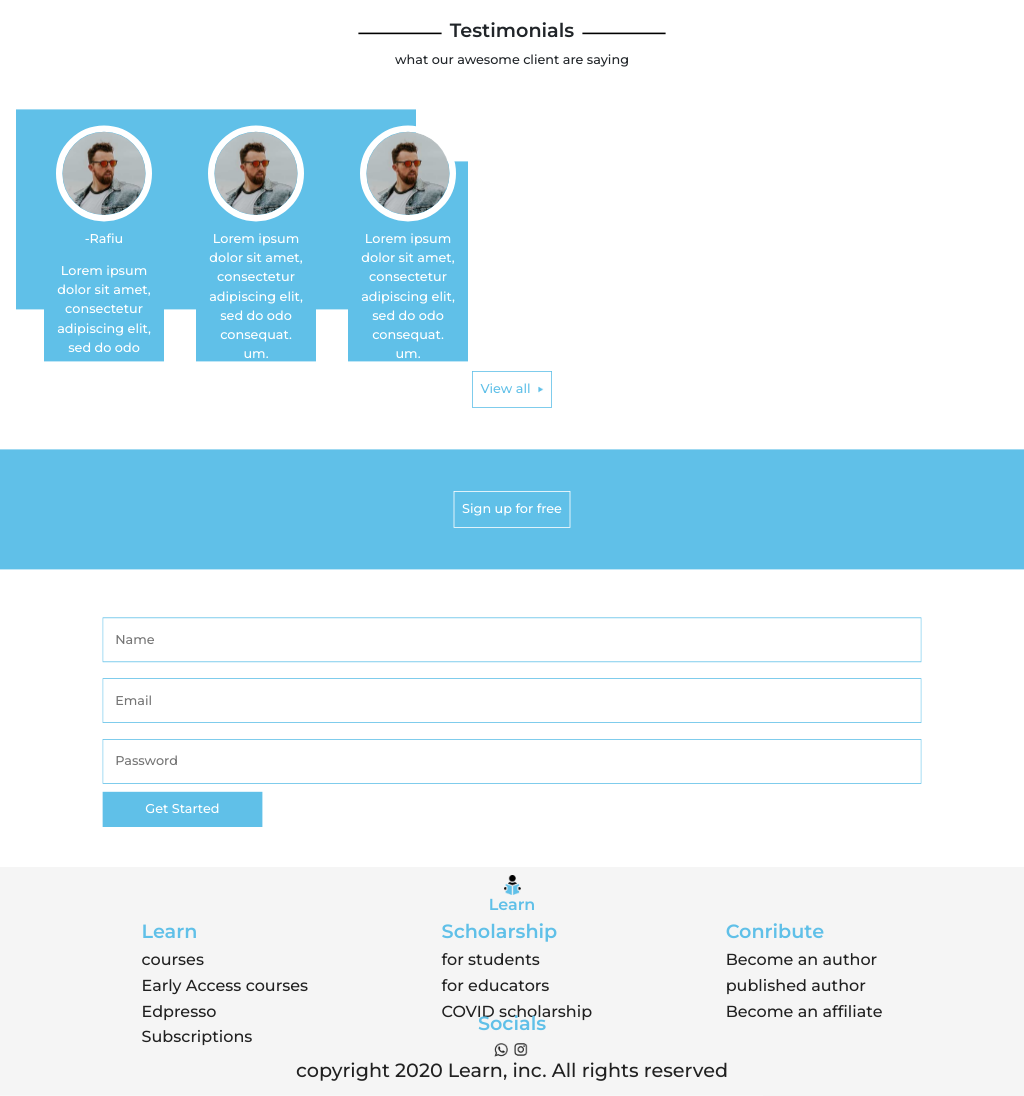
Repository: TiaraOluwanimi/team5
Page: tutor.html
These files come from the project's save history. The page is drawn as it stood at one moment and after the next save; the edit follows.
The browser window is 1280 px wide. The pictures show the part of the page from y = 1876 to 3296 px (the page is 3246 px tall before and 3296 px after), at 80% of full size.
A picture or video elsewhere on the page could not be fetched, so the positions and the page height are approximate. Some web libraries are served in a nearby version.

Above is the page before, as saved 2020-08-08 12:31:56.

### tutor.html
<!DOCTYPE html>
<html lang="zxx">
  <head>
    <meta charset="UTF-8" />
    <meta name="viewport" content="width=device-width, initial-scale=1.0" />
    <title>Online Tutoring</title>
    <!-- Custom Css -->
    <link rel="stylesheet" href="./assets/css/header-footer.css" />
    <link rel="stylesheet" href="./assets/css/tutor.css" />
    <link rel="stylesheet" href="./assets/css/testimonial.css" />
    <!-- Favicon -->

    <!---------------------- CDNs----------------- -->
    <!-- Bootstrap CSS CDN -->
    <link
      rel="stylesheet"
      href="https://maxcdn.bootstrapcdn.com/bootstrap/4.0.0/css/bootstrap.min.css"
      integrity="sha384-Gn5384xqQ1aoWXA+058RXPxPg6fy4IWvTNh0E263XmFcJlSAwiGgFAW/dAiS6JXm"
      crossorigin="anonymous"
    />
    <!-- fontawesome CDN -->
    <!-- Google Font -->
    <link href="https://fonts.googleapis.com/css2?family=Montserrat:wght@500;600&display=swap" rel="stylesheet">
    <!-- Font Awesome -->
    <script src="https://kit.fontawesome.com/0f19ba4771.js" crossorigin="anonymous"></script>

</head>

<body>
    <!-- Welcome to this online tutoring website. 😊 -->
    <!--  Header  -->
    <nav class="nav1">
      <a href="#"><img src="./assets/img/logo.png" alt="" /></a>
      <div class="nav1div1">
        <img
          class="searchicon"
          onclick="displaySearchBar()"
          src="./assets/img/search.png"
          alt=""
        />
        <button class="nav1butt1">Log in</button>
        <button class="nav1butt2">Join for free</button>
      </div>
      <div class="nav1div2 display">
        <input
          class="searchbar"
          type="text"
          placeholder="Enter Text here"

        />
      </div>
    </nav>

    <!-- Landing Page -->
    <div class="div1">
        <img class="div1img1" src="./assets/img/hero-img.png" alt="">
        <div class="div1div1">
            <i class="fas fa-play-circle fa-2x div1img2"></i>
            &nbsp;&nbsp;&nbsp;
            <h3 class="div1hh1">TAKE A TOUR</h3>
        </div>
    </div>

    <div class="div2">
        <h1 class="div2hh1">
            LEARN ALL YOU WANT, AT YOUR OWN
            <span class="div2hh2">PACE.</span>
        </h1>
        <h4 class="div2hh3">
            Lorem ipsum dolor sit amet, consectetur
            adipiscing elit, sed do eiusmod tempor
            incididunt ut labore et dolore magna
            aliqua. Ut enim ad minim veniam, quis
            nostrud exercitation ullamco laboris nisi
            ut aliquip ex ea commodo consequat.
        </h4>
        <div class="div2div1">
            <button class="div2butt1">Get Started</button>
        </div>
    </div>
    <!-- join us section -->
    <section id="join-us" class="py-5" style="position: relative;">
        <div style="position: absolute; right: 0px; top:-10px;">
          <img src="./assets/img/Ellipse13.png" alt="" class="img-fluid" >
        </div>
        <div class="container">
          <div class="row">
            <div class="col-12 mx-auto text-center">
              <h4 class="mx-auto sec-head">
                <span><strong>Join Us</strong></span>
              </h4>
              <p>
                Join us for free classes taught by experts. And explore hundreds
                of free online classes.
              </p>
            </div>
            <div class="row py-3">
                <div class="col-md-4 text-center my-3">
                  <div class="box-shadow py-3">
                    <img
                      src="./assets/img/course.png"
                      alt=""
                      class="join-img img-fluid rounded-circle w-50"
                    />
                    <h4 class="my-5"><strong>Choose a Course</strong></h4>
                  </div>
                </div>
                <div class="col-md-4 text-center my-3">
                  <div class="box-shadow py-3">
                    <img
                      src="./assets/img/skillset.png"
                      alt=""
                      class="join-img img-fluid rounded-circle w-50"
                    />
                    <h4 class="my-5"><strong>Grow your skillset</strong></h4>
                  </div>
                </div>
                <div class="col-md-4 text-center my-3">
                  <div class="box-shadow py-3">
                    <img
                      src="./assets/img/mentorship.png"
                      alt=""
                      class="join-img img-fluid rounded-circle w-50"
                    />
                    <h4 class="my-5"><strong>Meet a mentor</strong></h4>
                  </div>
                </div>
                <button
                  class="btn btn-lg btn-outline-primary py-3 px-5 rounded-0 mx-auto"
                >
                  View All
                </button>
              </div>
            </div>
        </div>
          </section>

    <!-- service section -->
    <section id="services" class="py-5" style="position: relative;">
      <div style="position: absolute; left: 0px; top: -30px;">
        <img src="./assets/img/Ellipse10.png" alt="" />
      </div>
      <div
        style="position: absolute; right: 0px; top: 30%; transform: scale(-1);"
      >
        <img src="./assets/img/Ellipse10.png" alt="" />
      </div>
      <div class="container">
        <div class="row">
          <div class="col-12 mx-auto text-center">
            <h4 class="mx-auto sec-head">
              <span><strong>Services</strong></span>
            </h4>
            <p>
              Helping over 5,000 students reach their ultimate goals with our
              special packages.
            </p>
          </div>
        </div>
        <div class="row p-3">
          <div class="col-md-4 text-center py-3">
            <h4><strong>Get help, FAST</strong></h4>
            <img
              src="./assets/img/hourglass1.png"
              alt=""
              class="img-fluid w-25 my-3"
            />
            <p class="my-3" style="font-size: 14px;">
              Lorem ipsum dolor sit amet, consectetur adipiscing elit, sed do
              eiusmod tempor incididunt ut labore et dolore magna aliqua. Ut
              enim ad minim veniam, quis nostrud exercitation ullamco laboris
              nisi ut aliquip ex ea commodo consequat. um.
            </p>
            <h6 class="border py-3 px-1 mx-3 border-primary">
              Learn More <i></i>
            </h6>
          </div>
          <div class="col-md-4 text-center py-3">
            <h4><strong>Personalised tutoring</strong></h4>
            <img
              src="./assets/img/teacher1.png"
              alt=""
              class="img-fluid w-25 my-3"
            />
            <p class="my-3" style="font-size: 14px;">
              Lorem ipsum dolor sit amet, consectetur adipiscing elit, sed do
              eiusmod tempor incididunt ut labore et dolore magna aliqua. Ut
              enim ad minim veniam, quis nostrud exercitation ullamco laboris
              nisi ut aliquip ex ea commodo consequat. um.
            </p>
            <h6 class="border py-3 px-1 mx-3 border-primary">
              Learn More <i></i>
            </h6>
          </div>
          <div class="col-md-4 text-center py-3">
            <h4><strong>80+ Courses</strong></h4>
            <img
              src="./assets/img/test1.png"
              alt=""
              class="img-fluid w-25 my-3"
            />
            <p class="my-3" style="font-size: 14px;">
              Lorem ipsum dolor sit amet, consectetur adipiscing elit, sed do
              eiusmod tempor incididunt ut labore et dolore magna aliqua. Ut
              enim ad minim veniam, quis nostrud exercitation ullamco laboris
              nisi ut aliquip ex ea commodo consequat. um.
            </p>
            <h6 class="border py-3 px-1 mx-3 mx-lg-1 border-primary">
              Learn More <i></i>
            </h6>
          </div>
        </div>
      </div>
    </section>
    <!-- Testimonial section -->
    <section>
      <div>
        <div class="testimonial-heading">
          <div>
            <h4 class="mx-auto sec-head">
              <span><strong>Testimonials</strong></span>
            </h4>
          </div>
          <p>what our awesome client are saying</p>
        </div>
        <div class="testimonial-card">
          <div  id="testimonial-details">
            <div class="testimonial-card">
              <img src="./assets/img/Ellipse7.png" alt="">
              <div class="testimonial-statement">
                <p>-Rafiu</p>
                <p>Lorem ipsum dolor sit amet, consectetur adipiscing elit, sed do odo consequat. um.</p>
              </div>

            </div>
            <div class="testimonial-card">
              <img src="./assets/img/Ellipse7.png" alt="">
              <div class="testimonial-statement">
                <p>Lorem ipsum dolor sit amet, consectetur adipiscing elit, sed do odo consequat. um.</p>
              </div>

            </div>
            <div class="testimonial-card">
              <img src="./assets/img/Ellipse7.png" alt="">
              <div class="testimonial-statement">
                <p>Lorem ipsum dolor sit amet, consectetur adipiscing elit, sed do odo consequat. um.</p>
              </div>

            </div>

        </div>
      </div>
        <div id="view-all-button">

          <button>View all<img src="./assets/img/polygonImg.png" alt="A play "/></button>
        </div>

        <div id="sign-button">

          <button>Sign up for free</button>
        </div>
        <div class="testimonial-container">
          <form >
            <input type="text" placeholder="Name">
            <input type="email" placeholder="Email">
            <input type="password" placeholder="Password">
            <button>Get Started</button>
          </form>
        </div>
      </div>
    </section>
    <!--  Footer  -->
    <footer class="footer1">
      <div class="footer1div1">
        <img class="footer1img1" src="./assets/img/logo.png" alt="" />
        <h5 class="footer1hh1">Learn</h5>
      </div>

      <div class="footer1div2">
        <div class="footer1div3">
          <h4 class="footer1hh2">Learn</h4>
          <a href="" class="footer1link1"
            ><h5 class="footer1hh3">courses</h5></a
          >
          <a href="" class="footer1link1"
            ><h5 class="footer1hh3">Early Access courses</h5></a
          >
          <a href="" class="footer1link1"
            ><h5 class="footer1hh3">Edpresso</h5></a
          >
          <a href="" class="footer1link1"
            ><h5 class="footer1hh3">Subscriptions</h5></a
          >
        </div>
        <div class="footer1div4">
          <h4 class="footer1hh2">Scholarship</h4>
          <a href="" class="footer1link1"
            ><h5 class="footer1hh3">for students</h5></a
          >
          <a href="" class="footer1link1"
            ><h5 class="footer1hh3">for educators</h5></a
          >
          <a href="" class="footer1link1"
            ><h5 class="footer1hh3">COVID scholarship</h5></a
          >
        </div>
        <div class="footer1div5">
          <h4 class="footer1hh2">Conribute</h4>
          <a href="" class="footer1link1"
            ><h5 class="footer1hh3">Become an author</h5></a
          >
          <a href="" class="footer1link1"
            ><h5 class="footer1hh3">published author</h5></a
          >
          <a href="" class="footer1link1"
            ><h5 class="footer1hh3">Become an affiliate</h5></a
          >
        </div>
      </div>

      <div class="footer1div6">
        <h4 class="footer1hh2 redd">Socials</h4>
        <a href="#"><img src="./assets/img/whatsapp.png" alt="" /></a>
        <a href="#"><img src="./assets/img/instagram.png" alt="" /></a>
      </div>

      <h4 class="footer1hh4">
        copyright 2020 Learn, inc. All rights reserved
      </h4>
    </footer>

    <!---------------------- CDNs----------------- -->
    <!-- jQuery CDN -->
    <script
      src="https://code.jquery.com/jquery-3.2.1.slim.min.js"
      integrity="sha384-KJ3o2DKtIkvYIK3UENzmM7KCkRr/rE9/Qpg6aAZGJwFDMVNA/GpGFF93hXpG5KkN"
      crossorigin="anonymous"
    ></script>
    <!-- ajax CDN -->
    <script
      src="https://cdnjs.cloudflare.com/ajax/libs/popper.js/1.12.9/umd/popper.min.js"
      integrity="sha384-ApNbgh9B+Y1QKtv3Rn7W3mgPxhU9K/ScQsAP7hUibX39j7fakFPskvXusvfa0b4Q"
      crossorigin="anonymous"
    ></script>
    <!-- BootstrapJS CDN -->
    <script
      src="https://maxcdn.bootstrapcdn.com/bootstrap/4.0.0/js/bootstrap.min.js"
      integrity="sha384-JZR6Spejh4U02d8jOt6vLEHfe/JQGiRRSQQxSfFWpi1MquVdAyjUar5+76PVCmYl"
      crossorigin="anonymous"
    ></script>
    <!-- Custom Javascript Links -->
    <script src="./assets/js/tutor.js"></script>
  </body>
</html>

### assets/css/header-footer.css

/*  Header Navbar */
body{
  margin: 0;
}
.nav1{
   margin: 10px;
}
.nav1div1{
    display: inline;
    float: right;
}
.nav1butt1{
    color: #212121;
    border-color: #212121;
    border-width: 1px;
    background-color: #FFFFFF;
    padding: 7px 7px;
    font-family: 'Montserrat', sans-serif;
    font-weight: 500;
    outline: none;
    margin-left: 35px;
}
.nav1butt2{
    color: #FFFFFF;
    border-color: #60C0E8;
    border: none;
    background-color: #60C0E8;
    padding: 8px 7px;
    font-family: 'Montserrat', sans-serif;
    font-weight: 500;
    outline: none;
    margin-left: 8px;
}
.nav1butt1:hover{
    background-color: #f0f0f0;
      cursor: pointer;
}
.nav1butt2:hover{
    background-color: #60adce;
    cursor: pointer;
}
.searchicon:hover{
    cursor: pointer;
}
.nav1div2{
    text-align: center;
    width: 100%;
    margin-top: 10px;
}
.searchbar{
    width: 60%;
    font-family: 'Montserrat', sans-serif;
    outline: none;
    border-radius: 10px;
    padding: 10px;
    border-width: 1px;
}
.footer1link1{
    text-decoration: none;
}
.display{
    display: none;
}



/*  Footer  */
.footer1{
    padding: 10px;
    background-color: #F5F5F5;
}
.footer1div1{
    text-align: center;
}
.footer1hh1{
    margin-top: 0px;
    font-family: 'Montserrat', sans-serif;
    color: #60C0E8;
    font-weight: 600;
}
.footer1div2{
    display: flex;
    flex-direction:row;
    justify-content: space-evenly;
}
.footer1hh2{
    font-family: 'Montserrat', sans-serif;
    color: #60C0E8;
    font-weight: 600;
}
.footer1hh3{
    font-family: 'Montserrat', sans-serif;
    color: #212121;
    font-weight: normal;
}
.footer1div6{
    text-align: center;
    margin-top: -50px;
}
.redd{
    margin-bottom: 5px;
}
.footer1hh4{
    text-align: center;
    font-family: 'Montserrat', sans-serif;
    color: #212121;
    font-style: normal;
    font-weight: 500;
}

/* Footer Media Queries */
@media only screen and (max-width: 399px) {
    .footer1div2{
        flex-direction: column;
        align-items: center;
    }
    .footer1div6{
        text-align: center;
        margin-top: -10px;
    }
}

### assets/css/tutor.css
* {
  font-family: "Montserrat", sans-serif;
}
.div1 {
  margin: 10px;
  text-align: center;
}
.div1div1 {
  width: 100%;
  display: flex;
  justify-content: center;
  background-color: #60c0e8;
  margin-top: -5px;
}
.div1img1 {
  width: 100%;
  height: 350px;
}
.div1img2 {
  padding-top: 15px;
  color: #ffffff;
}
.div1div1:hover {
  background-color: #60adce;
  cursor: pointer;
}
.div1hh1 {
  font-family: "Montserrat", sans-serif;
  font-weight: 600;
  color: #ffffff;
}

.div2 {
  margin: 10px;
}
.div2hh1 {
  font-family: "Montserrat", sans-serif;
  text-align: center;
  color: #3a3a3a;
  font-weight: bold;
}
.div2hh2 {
  color: #60c0e8;
}
.div2hh3 {
  font-family: "Montserrat", sans-serif;
  text-align: center;
  color: #000000;
  font-weight: 500;
}
.div2div1 {
  text-align: center;
}
.div2butt1 {
  background-color: #60c0e8;
  font-weight: 500;
  color: #ffffff;
  border: none;
  outline: none;
  padding: 15px 30px;
  font-size: large;
}
.div2butt1:hover {
  background-color: #60adce;
  cursor: pointer;
}

/* this handles the line in each section heading  */
.sec-head {
  width: 30%;
  text-align: center;
  border-bottom: 2px solid #000;
  line-height: 0.1em;
  margin: 10px 0 20px;
}
.sec-head span {
  background: #fff;
  padding: 0 10px;
}
/* join us images border */
.join-img {
  border: 5px solid #60c0e8 !important;
}
/* box shadow */
.box-shadow {
  box-shadow: 0px 5px 30px 0.5px #e6e6e6;
}
.box-shadow:hover {
  box-shadow: 0px 5px 30px 5px #c7c7c7;
}

@media screen and (max-width: 320px) {
  .sec-head {
    width: 70%;
  }
}

### assets/css/testimonial.css
.testimonial-heading{
    text-align:center;
    margin-bottom: 50px;;
}
.testimonial-card{
    text-align: center;
    height:250px;
    width:500px;
    padding:15px;
    position: relative;
    background-color: #60C0E8;
    margin: 50px 20px 25px;


}
.testimonial-card img{
    margin-top:-60px;

    width:120px;
    border: 8px solid white;
    border-radius: 100%;

}
.testimonial-statement{
    color:#fff;
    margin:10px 0;
}


.testimonial-container{
    width:90%;
    margin:0 auto;
    overflow: hidden;
}

#sign-button{
    background: #60C0E8;
    width:100%;
    height:150px;
    display: flex;
    align-items: center;
    justify-content: center;
}
#sign-button button{
    background:#60C0E8;
    color:#fff;
    padding:10px;
    border:1px solid #fff;
    transition: ease 1s;
}
#sign-button button:hover{
    background:#fff;
    color:#60C0E8;
  ;
}
#view-all-button{

    width:100%;
    height:150px;
    display: flex;
    align-items: center;
    justify-content: center;
}
#view-all-button button{
    background: #fff;
    padding:10px;
    color:#60C0E8;
    padding:10px;
    border:1px solid #60C0E8;
    transition: ease 1s;
}
#view-all-button button img{
    margin-left:10px;
}
#view-all-button button:hover{
    background:#fff;
    color:#60C0E8;
  ;
}
form{
    box-sizing: border-box;
    margin:50px 0;
}
form input{
    width:100%;
    margin:10px 0;
    padding:15px;
    border: 1px solid #60C0E8;
    box-sizing: border-box;
}

form button{
    width:200px;
    margin: 0 auto;
    background: #60C0E8;
    color:#fff;
    padding:10px;
    border:none;
}
@media(max-width:759px){
    #testimonial-details{
        display:flex;
        flex-direction: row;
        justify-content: space-around;
        flex-wrap:nowrap;
        overflow-x: scroll;
        overflow-y: hidden;
    }
    .testimonial-card{
        text-align: center;
        height:156px;
        padding:15px;
        position: relative;
        background-color: #60C0E8;
        margin: 50px 20px 25px;


    }
}
@media(min-width:760px){
    .testimonial-container{
        width:80%;
        margin:0 auto;
        overflow: hidden;
    }
    #testimonial-details{
        display:flex;
        justify-content: space-around;
        flex-wrap:nowrap;

    }
}

### assets/js/tutor.js

function displaySearchBar(){
    document.querySelector(".nav1div2").classList.toggle("display");
}

After the next save:
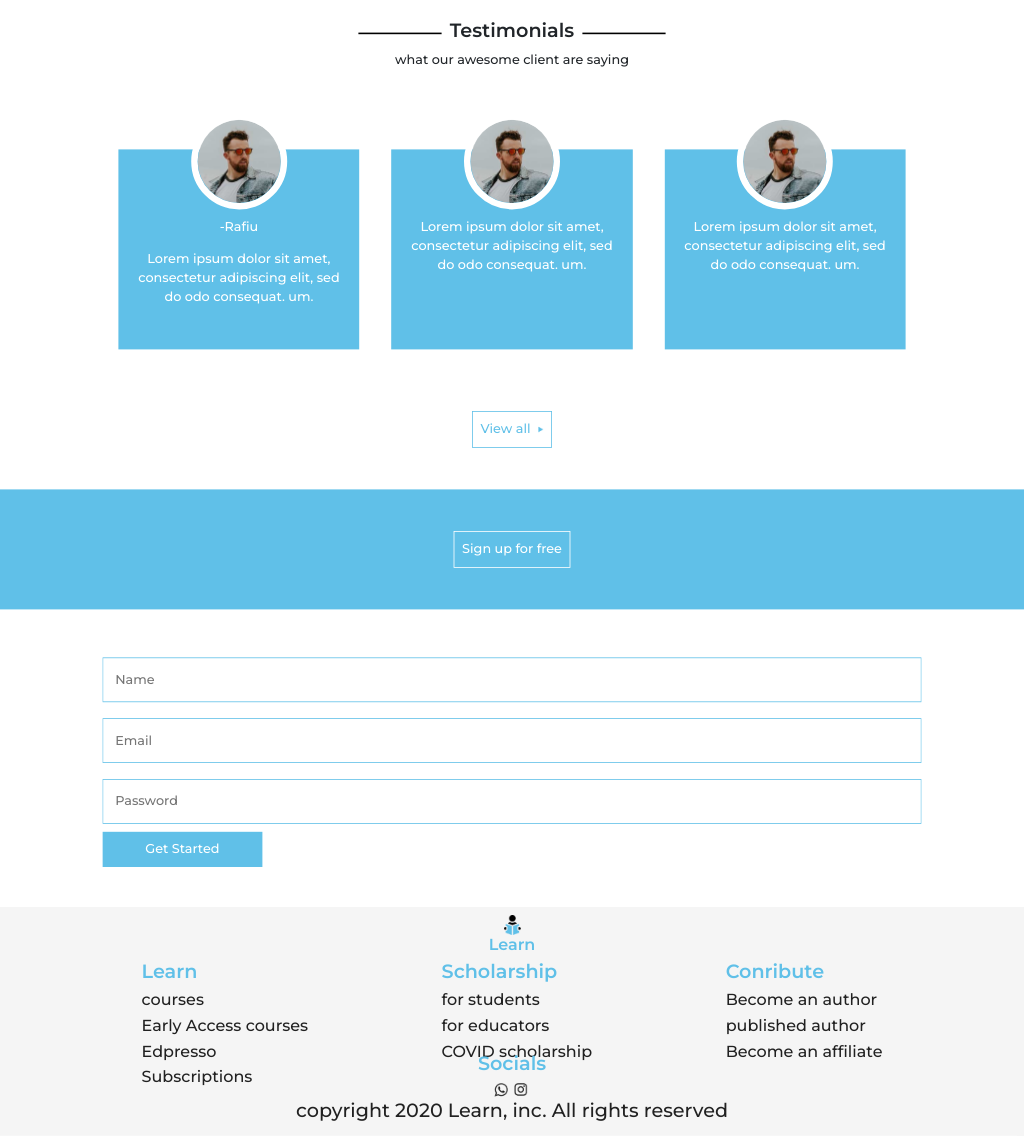
Saved 35 s later.
--- a/tutor.html
+++ b/tutor.html
@@ -223,7 +223,7 @@
           </div>
           <p>what our awesome client are saying</p>
         </div>
-        <div class="testimonial-card">
+        <div class="testimonial-container">
           <div  id="testimonial-details">
             <div class="testimonial-card">
               <img src="./assets/img/Ellipse7.png" alt="">
